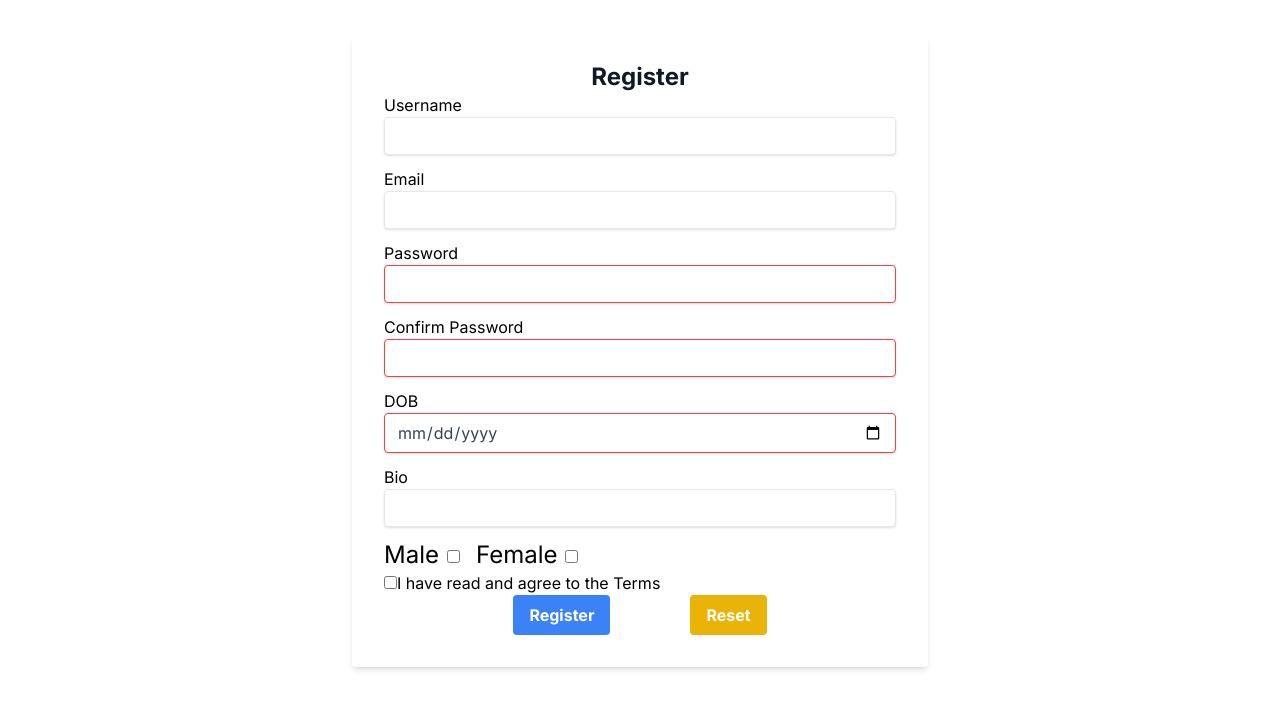
Repository: uh-sman/tiktok-card
Page: /
An editor plug-in stored every save of this project. The page is shown before and after the next save, followed by the edit.
The browser window is 1280 px wide. The pictures show the whole page.
The project was rebuilt for these pictures with package versions that can differ from the ones it lists, and the page was loaded fresh each time. The framework's server and built-in components were replaced by stand-ins that run in the browser. Also part of the build but not shown: next.config.js.

Above is the page before, as saved 2023-12-19 15:11:45.

### app/page.tsx
'use client'
// import Input from "./components/Input";
import { FieldValues, SubmitHandler, useForm } from "react-hook-form";
import AuthForm from "./components/AuthForm";
type FormValues = {
  name: string,
      email: string,
      password: string,
      confirmPassword: string,
      DateOfBirth: string,
      Bio: string,
      gender: string,
      termsAndConditions: string
}

export default function Home() {
  return (
    <div className="flex justify-center items-center h-screen w-full">

      <AuthForm />
    </div>
  )
}

### app/components/AuthForm.tsx
import React from "react";
import { useForm } from "react-hook-form";
// the type of data
type UserSubmitForm = {
    username: string;
    email: string;
    password: string;
    confirmPassword: string;
    acceptTerms: boolean;
    male:boolean;
    female:boolean;
    Bio:string;
    DateOfBirth: number
  };
const AuthForm: React.FC = () => {
    // using the useForm hook from the react-hook-form package
    const {register,handleSubmit, reset, formState} = useForm<UserSubmitForm>()
    // the onSubmit handler
    const onSubmit = (data: UserSubmitForm) => {
        if(data.male && data.female === true) {
            prompt('only one field can be selected')
            reset()
        }
        console.log(data)
    }
    return (
        <div className="w-full max-w-xl">
        <form className="bg-white shadow-md rounded px-8 pt-6 pb-8 mb-4" onSubmit={handleSubmit(onSubmit)}>
        <h2 className="font-bold text-gray-900 text-2xl text-center">Register</h2>
          <div className="flex flex-col">
            <label>Username</label>
            <input
            className="shadow appearance-none border rounded w-full py-2 px-3 text-gray-700 mb-3 leading-tight focus:outline-none focus:shadow-outline"
              type="text"
            //   using the hook to handle form state
            {...register('username')}
            />
            <div className="invalid-feedback">
                </div>
          </div>

          <div className="flex flex-col">
            <label>Email</label>
            <input
            className="shadow appearance-none border rounded w-full py-2 px-3 text-gray-700 mb-3 leading-tight focus:outline-none focus:shadow-outline"
            type="text"
            {...register('email')}
            />
            <div className="invalid-feedback">
                </div>
          </div>

          <div className="flex flex-col">
            <label>Password</label>
            <input
            className="shadow appearance-none border border-red-500 rounded w-full py-2 px-3 text-gray-700 mb-3 leading-tight focus:outline-none focus:shadow-outline"
            type="password"
            {...register('password')}
            />
            <div className="invalid-feedback">
                </div>
          </div>
          <div className="flex flex-col">
            <label>Confirm Password</label>
            <input
            className="shadow appearance-none border border-red-500 rounded w-full py-2 px-3 text-gray-700 mb-3 leading-tight focus:outline-none focus:shadow-outline"
              type="password"
              {...register('confirmPassword')}
            />
            <div className="invalid-feedback">
            </div>
          </div>
          <div className="flex flex-col">
            <label>DOB</label>
            <input
            className="shadow appearance-none border border-red-500 rounded w-full py-2 px-3 text-gray-700 mb-3 leading-tight focus:outline-none focus:shadow-outline"
              type="date"
              {...register('DateOfBirth')}
            />
            <div className="invalid-feedback">
            </div>
          </div>
          <div className="flex flex-col">
            <label>Bio</label>
            <input
            className="shadow appearance-none border rounded w-full py-2 px-3 text-gray-700 mb-3 leading-tight focus:outline-none focus:shadow-outline"
            type="text"
            {...register('Bio')}
            />
            <div className="invalid-feedback">
            </div>
          </div>

          <div className="">
           <div className="flex items-center gap-4 text-2xl">
           <div className="">
                <label className="mr-2" htmlFor="Male">Male</label>
            <input
              type="checkbox"
              {...register('male')}
              />

            </div>
            <div className="">
                <label className="mr-2" htmlFor="Female">Female</label>
            <input
              type="checkbox"
              {...register('female')}
              />
            </div>
           </div>
            <div className="invalid-feedback">
                </div>
          </div>
          <div className="">
            <input
              type="checkbox"
              {...register('acceptTerms')}
              />
            <label htmlFor="acceptTerms" className="form-check-label">
              I have read and agree to the Terms
            </label>
            <div className="invalid-feedback">
                </div>
          </div>

          <div className="flex justify-center gap-20">
            <button type="submit" className="bg-blue-500 hover:bg-blue-700 text-white font-bold py-2 px-4 rounded focus:outline-none focus:shadow-outline">
              Register
            </button>
            <button
              type="button"
              onClick={() => reset()}
              className="bg-yellow-500 hover:bg-yellow-700 text-white font-bold py-2 px-4 rounded focus:outline-none focus:shadow-outline"
              >
              Reset
            </button>
          </div>
        </form>
      </div>
    )
}

export default AuthForm;

Loaded but not shown: app/layout.tsx (common file); app/globals.css (common file); tailwind.config.ts (common file)

After the next save:
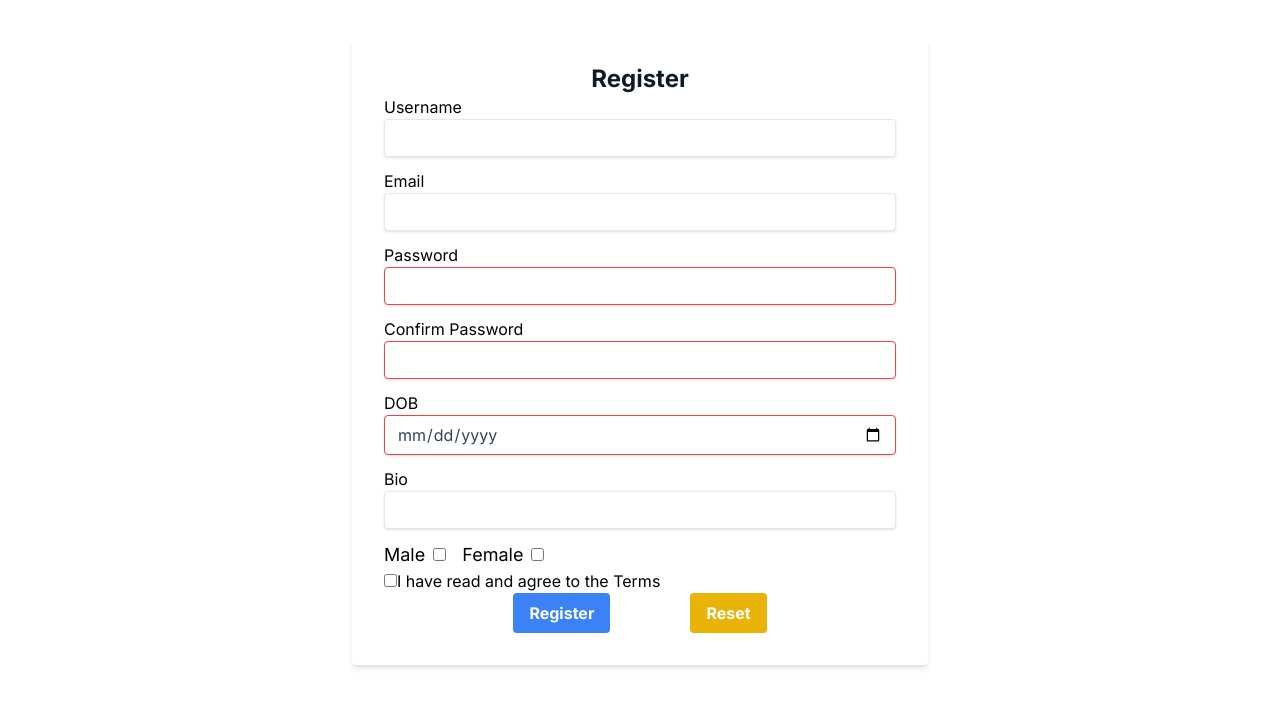
Saved 5 s later.
--- a/app/components/AuthForm.tsx
+++ b/app/components/AuthForm.tsx
@@ -92,7 +92,7 @@ const AuthForm: React.FC = () => {
           </div>
 
           <div className="">
-           <div className="flex items-center gap-4 text-2xl">
+           <div className="flex items-center gap-4 text-lg">
            <div className="">
                 <label className="mr-2" htmlFor="Male">Male</label>
             <input
